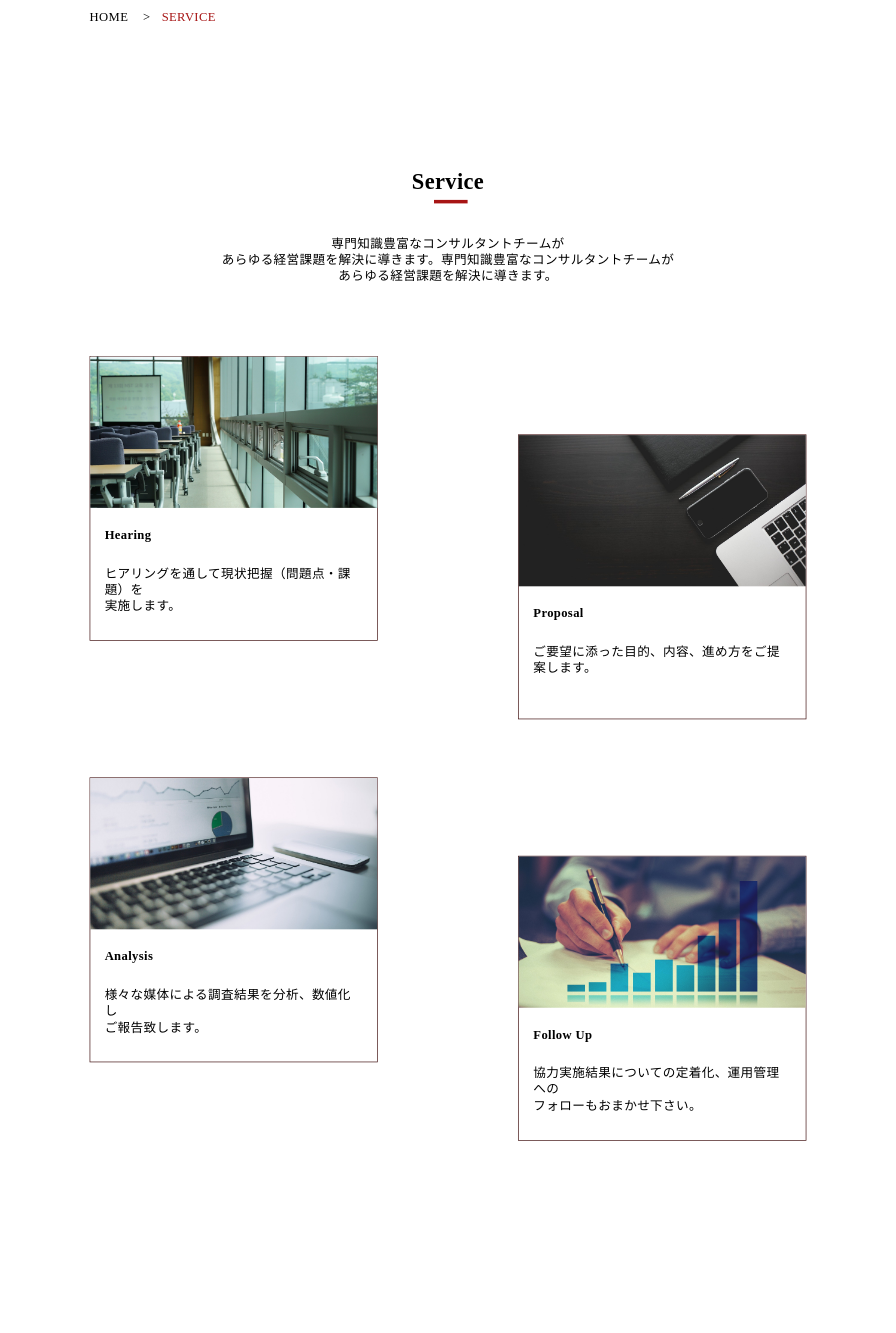
Repository: nozomi-23/hp2_test
Page: html/service.html
These files come from the project's save history. The page is drawn as it stood at one moment and after the next save; the edit follows.
The browser window is 1280 px wide. The pictures show the part of the page from y = 831 to 2751 px (the page is 2735 px tall before and 2751 px after), at 70% of full size.
Some web fonts or font styles are not loaded; a fallback is used. Some web libraries are served in a nearby version.

Above is the page before, as saved 2022-06-26 07:48:54.

After the next save:
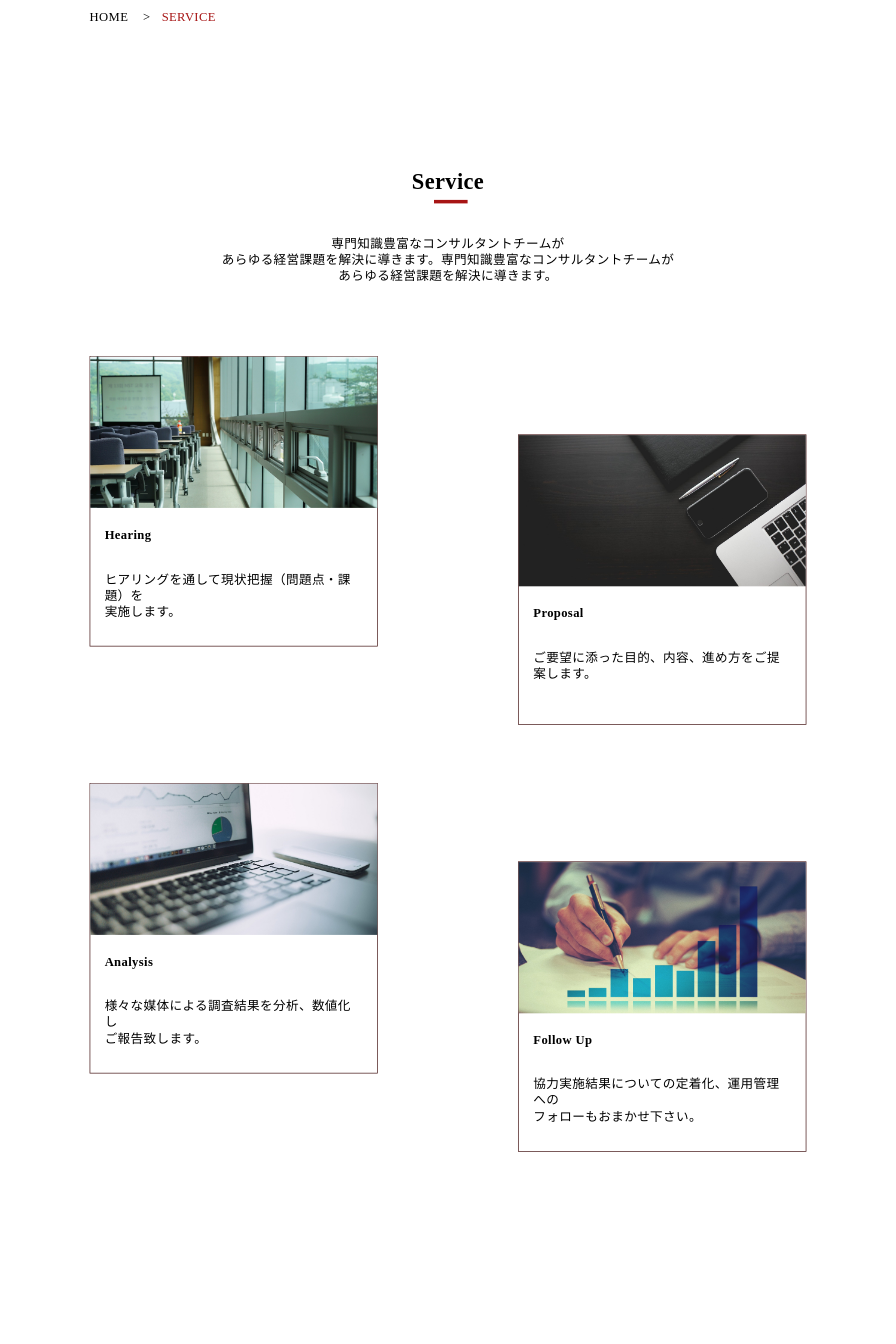
Saved 12 s later.
--- a/css/service.css
+++ b/css/service.css
@@ -44,7 +44,7 @@ service_intro
 
 .intro_txt_ttl {
   font-weight: bold;
-  margin-bottom: 2rem;
+  margin-bottom: 2.5rem;
 }
 
 .intro_txt_txt {
